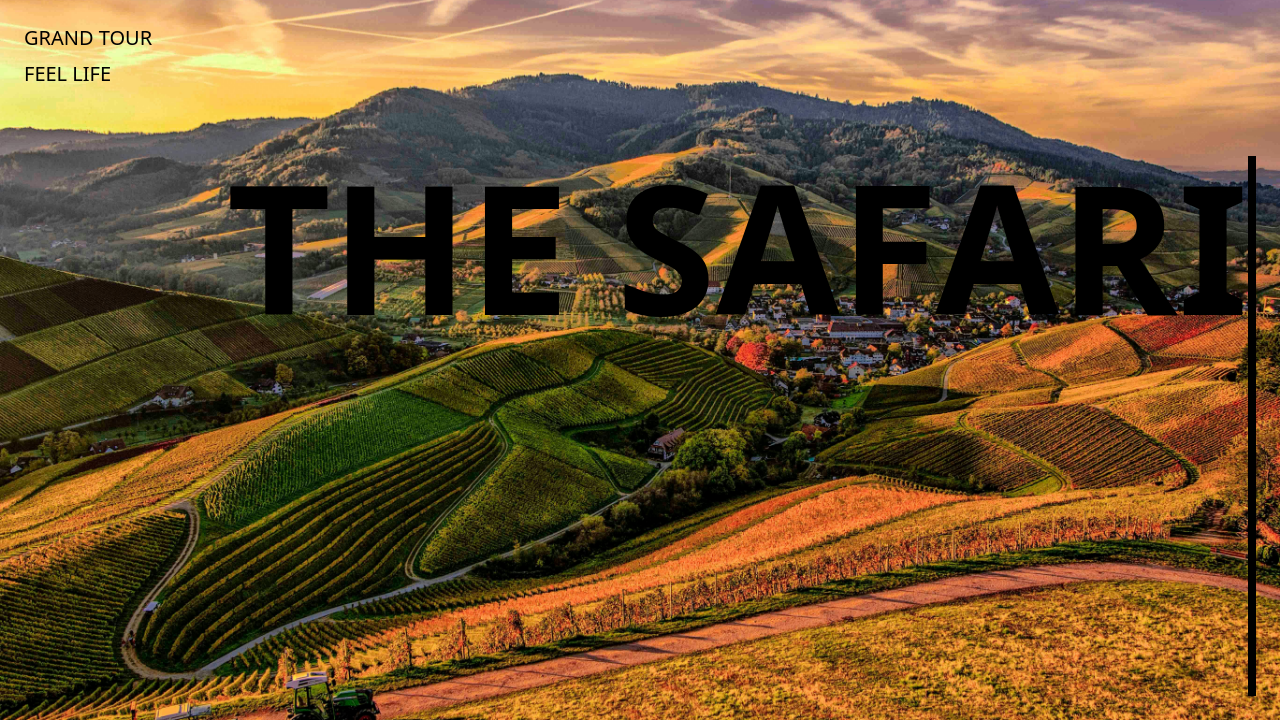
Repository: mikol-ux/Safari
Page: /
These files come from the project's save history. The page is drawn as it stood at one moment and after the next save; the edit follows.
The browser window is 1280 px wide. The pictures show the whole page.
The project was rebuilt for these pictures with package versions that can differ from the ones it lists, and the page was loaded fresh each time. The framework's server and built-in components were replaced by stand-ins that run in the browser. Also part of the build but not shown: next.config.ts.

Above is the page before, as saved 2025-05-29 02:31:40.

### app/layout.tsx
import type { Metadata } from "next";
import { Geist, Geist_Mono } from "next/font/google";
import "./globals.css";

const geistSans = Geist({
	variable: "--font-geist-sans",
	subsets: ["latin"],
});

const geistMono = Geist_Mono({
	variable: "--font-geist-mono",
	subsets: ["latin"],
});

export const metadata: Metadata = {
	title: "Create Next App",
	description: "Generated by create next app",
};

export default function RootLayout({
	children,
}: Readonly<{
	children: React.ReactNode;
}>) {
	return (
		<html lang="en">
			<body className="">{children}</body>
		</html>
	);
}

### app/page.tsx
"use client";
import React, { useEffect } from "react";
import gsap from "gsap";

export default function Home() {
	useEffect(() => {
		gsap.set([".introline", ".bigline"], { x: "101%" });

		const tl = gsap.timeline();
		tl.to(".bigline", { duration: 1, x: "0%" })
			.to(".introline", { duration: 1, x: "0%" }, "+=0.3")
			.to(".bigline", { color: "transparent" });
	}, []);
	return (
		<section className="h-screen bg-[url('/landscape.jpg')] bg-cover bg-no-repeat bg-center text-black">
			<div className="h-full w-full flex flex-col justify-between p-6">
				<div className="text-left space-y-2">
					<p className="text-xl uppercase">grand tour</p>
					<p className="text-xl uppercase">feel life</p>
				</div>
				<div className="text-right font-bold leading-none border-r-8 border-black overflow-hidden">
					<p className="introline text-[69px] min-[480px]:text-[90px] sm:text-[120px] lg:text-[150px] xl:text-[180px] 3xl:text-[215px]">
						THE SAFARI
					</p>
					<p className="bigline text-[69px] min-[480px]:text-[90px] sm:text-[120px] lg:text-[150px] xl:text-[180px] 3xl:text-[215px]">
						NATURE’S BANK
					</p>
				</div>
			</div>
		</section>
	);
}

### app/globals.css
@import "tailwindcss";

@theme {
	/* Base Colors */
	--black: #000000;
	--white: #ffffff;
	--muted-blue: #6c8ea3;
	--pitch-dark-blue: #202a30;
	--sky-blue: #bee8ff;
	--deep-blue: #438db5;

	/* Muted Text Colors */
	--muted-text: #999999;
	--muted-text-2: #cccccc;
	--muted-text-3: #595959;
	--muted-text-4: #333333;
	--muted-text-5: #b3b3b3;
	--muted-text-6: #a6a6a6;
	--muted-text-7: #1a1a1a;
	--muted-text-8: #808080;
	--muted-text-9: #262626;
	--muted-text-10: #c6c6c6;
	--muted-text-11: #bfbfbf;
	--muted-text-12: #292929;
	--muted-text-13: #010e0c;

	/* Break Points */
	--breakpoint-3xl: 120rem;
	--breakpoint-4xl: 128rem;
	--breakpoint-5xl: 160rem;
	--breakpoint-6xl: 240rem;

	/* Font */
	--font-General-Sans: "General Sans", sans-serif;

	/* Mapped Colors */
	--color-black: var(--black);
	--color-white: var(--white);
	--color-muted-blue: var(--muted-blue);
	--color-pitch-dark-blue: var(--pitch-dark-blue);
	--color-sky-blue: var(--sky-blue);
	--color-deep-blue: var(--deep-blue);

	/* Mapped Muted Colors */
	--color-muted: var(--muted-text);
	--color-muted-2: var(--muted-text-2);
	--color-muted-3: var(--muted-text-3);
	--color-muted-4: var(--muted-text-4);
	--color-muted-5: var(--muted-text-5);
	--color-muted-6: var(--muted-text-6);
	--color-muted-7: var(--muted-text-7);
	--color-muted-8: var(--muted-text-8);
	--color-muted-9: var(--muted-text-9);
	--color-muted-10: var(--muted-text-10);
	--color-muted-11: var(--muted-text-11);
	--color-muted-12: var(--muted-text-12);
	--color-muted-13: var(--muted-text-13);
}

/* for button border gradient */
@utility mask-content-box {
	-webkit-mask: linear-gradient(#fff 0 0) content-box, linear-gradient(#fff 0 0);
	mask: linear-gradient(#fff 0 0) content-box, linear-gradient(#fff 0 0);
	-webkit-mask-composite: destination-out;
	mask-composite: exclude;
}

@utility bg-gradient-dir {
	content: var(--tw-content);
	--tw-gradient-position: var(--tw-gradient-direction, to right) in oklab;
	background-image: linear-gradient(var(--tw-gradient-stops));
}

/* For Animated Text */
.tpk-text-clip div {
	clip-path: polygon(0 0, 100% 0, 100% 100%, 0% 100%);
}

.tpk-override-clip div {
	clip-path: none !important;
}

/* Page Transition */
::view-transition-old(root),
::view-transition-new(root) {
	animation: none !important;
}

::view-transition-group(root) {
	z-index: auto !important;
}

::view-transition-image-pair(root) {
	isolation: isolate;
	will-change: transform, opacity, clip-path;
	z-index: 1;
}

::view-transition-new(root) {
	z-index: 10000;
	animation: none !important;
}

::view-transition-old(root) {
	z-index: 1;
	animation: none !important;
}

.client-overflow-scroll::-webkit-scrollbar-track,
.client-overflow-scroll::-webkit-scrollbar {
	@apply hidden;
}

input:-webkit-autofill,
input:-webkit-autofill:hover,
input:-webkit-autofill:focus,
input:-webkit-autofill:active {
	-webkit-box-shadow: 0 0 0 1000px transparent inset !important;
	box-shadow: 0 0 0 1000px transparent inset !important;
	-webkit-text-fill-color: inherit !important;
	color: white !important;
	transition: background-color 9999s ease-in-out 0s !important;
	background-color: transparent !important;
}

After the next save:
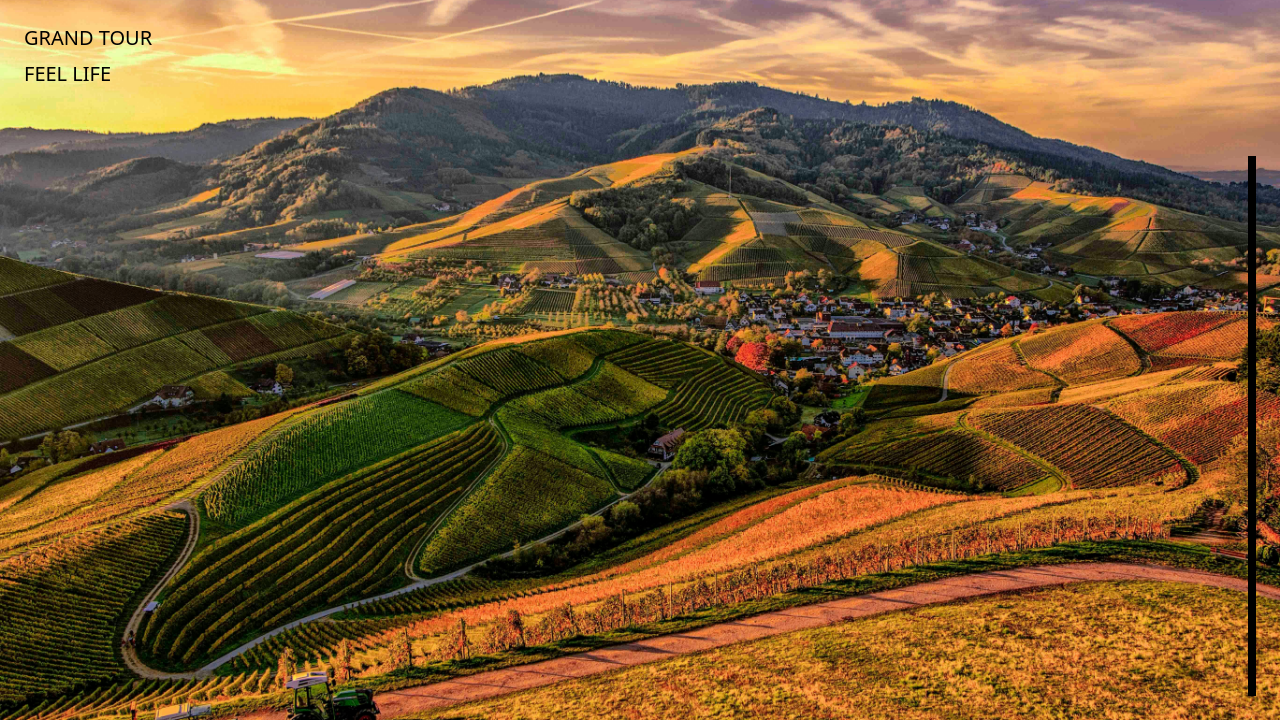
Saved 4 min 35 s later.
--- a/app/page.tsx
+++ b/app/page.tsx
@@ -9,7 +9,10 @@ export default function Home() {
 		const tl = gsap.timeline();
 		tl.to(".bigline", { duration: 1, x: "0%" })
 			.to(".introline", { duration: 1, x: "0%" }, "+=0.3")
-			.to(".bigline", { color: "transparent" });
+			.set(".bigline", { color: "transparent", y: "100%" })
+			.set(".introline", { color: "transparent", y: "-100%" })
+			.set(".bigline", { color: "transparent", y: "-100%" })
+			.set(".introline", { color: "transparent", y: "-100%" });
 	}, []);
 	return (
 		<section className="h-screen bg-[url('/landscape.jpg')] bg-cover bg-no-repeat bg-center text-black">
